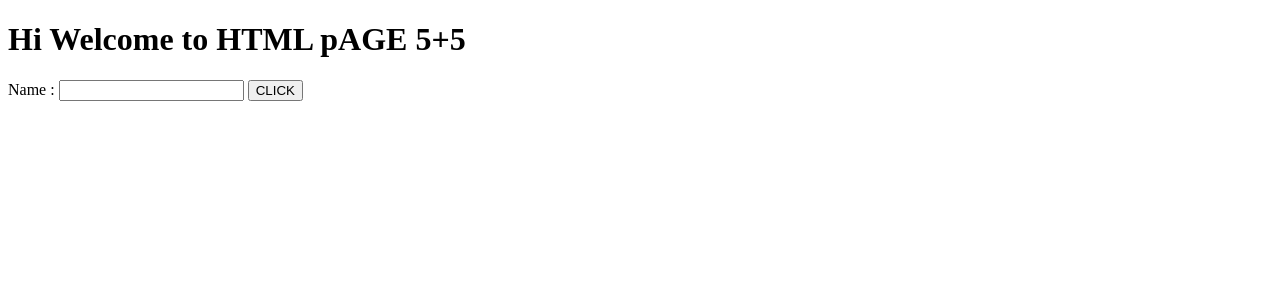
Repository: Thaneshwara848/JSP_Demo
Page: WebDemo2/src/main/webapp/index.html
These files come from the project's save history. The page is drawn as it stood at one moment and after the next save; the edit follows.
The browser window is 1280 px wide. The pictures show the whole page.

Above is the page before, as saved 2022-08-10 15:22:47.

After the next save:
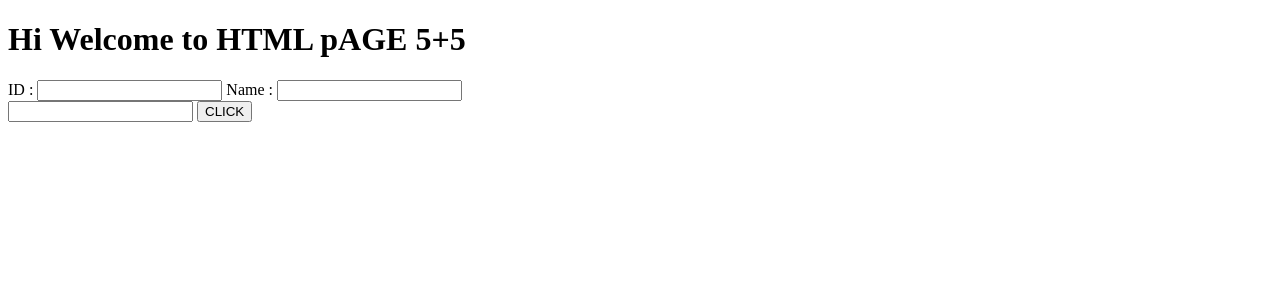
Saved 29 s later.
--- a/WebDemo2/src/main/webapp/index.html
+++ b/WebDemo2/src/main/webapp/index.html
@@ -8,7 +8,9 @@
 	<h1> Hi Welcome to HTML pAGE 5+5  </h1>
 
 	<form action="Demo.jsp">
-		Name : <input type="text" name="uname">
+		ID :  <input type="text" name="uid">
+		Name : <input type="text" name="uname"><br>
+		 <input type="text" name="uname">
 		<input type="submit" value="CLICK">
 
 	</form>
